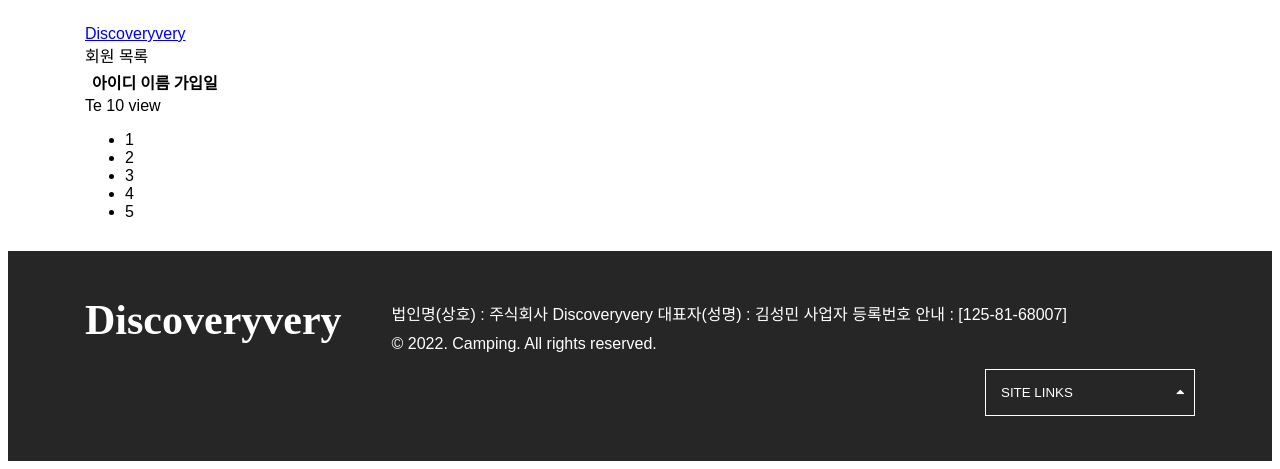
Repository: star-min/jsp_basic
Page: http://localhost/web05/WEB-INF/views/board/boardList.jsp
An editor plug-in stored every save of this project. The page is shown before and after the next save, followed by the edit.
The browser window is 1280 px wide. The pictures show the part of the page from y = 558 to 1082 px (the page is 1027 px tall before and 1082 px after).
Some web fonts or font styles are not loaded; a fallback is used. Some web libraries are served in a nearby version. The page is served by Tomcat 9. Nobody is signed in. Other server files are loaded and not shown. The template is opened directly, without the code that normally fills it, so the values that code supplies are empty.

Above is the page before, as saved 2022-06-30 05:22:25.

### jsp3/web05/src/main/webapp/WEB-INF/views/board/boardList.jsp
<%@ page language="java" contentType="text/html; charset=UTF-8"
    pageEncoding="UTF-8"%>
<%@ taglib uri="http://java.sun.com/jsp/jstl/core" prefix="c" %>
<%@ taglib uri="http://java.sun.com/jsp/jstl/fmt" prefix="fmt" %>
<c:set var="path1" value="${pageContext.request.contextPath }" />
<!DOCTYPE html>
<html>
<head>
<meta charset="UTF-8">
<meta http-equiv="X-UA-Compatible" content="IE=edge">
<meta name="viewport" content="width=device-width, initial-scale=1.0">
<title>글 목록</title>
<style>
	<%@ include file="../inc/common.css" %>
</style>
</head>
<body>
<div nid="root" class="root">
<header id="header" class="header" >
	<%@ include file="../inc/header.jsp" %>
</header>
<div nid="board1" class="board1">
    <link href="https://cdnjs.cloudflare.com/ajax/libs/font-awesome/4.7.0/css/font-awesome.css" rel="stylesheet">
    <div class="header">
        <div class="wrapper">
            <a class="title" href="${path1 }">Discoveryvery</a>
            <div class="desc">회원 목록 </div>
        </div>
    </div>
    <div class="article">
        <div class="wrapper">
            <table>
                <thead>
                    <tr>
                        <th class="번호"></th>
                        <th>아이디</th>
                        <th>이름</th>
                        <th class="date">가입일</th>
                    </tr>
                </thead>
                <tbody>
                <c:forEach items="${memberList }" var="member" varStatus="status">
                    <tr>
                        <td class="num">${status.count }</td>
                        <td class="title">
                            <a href="${path1 }/member/getMember.do?id=${member.id }">${member.id }</a>
                        </td>
                        <td>${member.uname}</td>
                        <td class="date">${member.regdate}</td>
                    </tr>
                </c:forEach>
                <c:if test="${sid=='admin' }">
			<tr>
				<td colspan="4">
					<a href="${path1 }/board/write_form.do" class="btn btn-writer" style="width:70px">글 등록</a>
				</td>
			</tr>
		</c:if>
                </tbody>
            </table>
            <div class="search">
                <div class="count">Te 10 view</div>
                <div class="bundle clearfix">
                </div>
            </div>
            <div class="pages">
                <ul>
                    <li class="active">
                        <a>1</a>
                    </li>
                    <li>
                        <a>2</a>
                    </li>
                    <li>
                        <a>3</a>
                    </li>
                    <li>
                        <a>4</a>
                    </li>
                    <li>
                        <a>5</a>
                    </li>
                </ul>
            </div>
        </div>
    </div>
    <script src="https://cdnjs.cloudflare.com/ajax/libs/jquery/2.1.3/jquery.min.js"></script>
</div>
<footer id="footer" class="footer">
	<%@ include file="../inc/footer.jsp" %>
</footer>
</div>
</body>
</html>

### jsp3/web05/src/main/webapp/WEB-INF/views/inc/header.jsp
<%@ page language="java" contentType="text/html; charset=UTF-8"
    pageEncoding="UTF-8"%>
<%@ taglib prefix="c" uri="http://java.sun.com/jsp/jstl/core" %>
<%@ taglib prefix="fmt" uri="http://java.sun.com/jsp/jstl/fmt" %>
<c:set var="path1" value="${pageContext.request.contextPath }" />
<!DOCTYPE html>
<html>
<head>
<style >
</style>
<meta charset="UTF-8">
<title>header</title>

</head>
<body>
<div nid="top1" class="top1">
        <link href="https://cdnjs.cloudflare.com/ajax/libs/font-awesome/4.7.0/css/font-awesome.css" rel="stylesheet">
        <div class="menus">
            <a class="item left" href="https://ko-kr.facebook.com/">
                <i class="fa fa-facebook"></i>
            </a>
            <a class="item left" href="https://twitter.com/?lang=ko">
                <i class="fa fa-twitter"></i>
            </a>
            <a class="item left" href="https://www.instagram.com/">
                <i class="fa fa-instagram"></i>
            </a>
            <c:if test="${ empty sid}">
            <a class="item right" href="${path1 }/member/loginForm.do">로그인</a>
            <a class="item right" href="${path1 }/member/joinForm.do">회원가입</a>
            </c:if>
            <c:if test="${ !empty sid}">
            <a class="item right" href="${path1 }/member/read.do">마이페이지</a>
            <a class="item right" href="${path1 }/basket/list.do">장바구니</a>
            <a class="item right" href="${path1 }/payment/list.do">주문목록</a>
            <a class="item right" href="${path1 }/member/logout.do">로그아웃</a>
            </c:if>
            <c:if test="${ sid=='admin'}">
            <a class="item right" href="${path1 }/member/list.do">회원목록</a>
            <a class="item right" href="${path1 }/board/list.do">게시판목록</a>
            <a class="item right" href="${path1 }/goods/list.do">상품목록</a>
            <a class="item right" href="${path1 }/payment/adminList.do">주문목록</a>
            </c:if>
        </div>
    </div>
    <header nid="header1" class="header1">
        <link href="https://fonts.googleapis.com/css2?family=Parisienne&amp;display=swap" rel="stylesheet">
        <div class="background" style="background-image:url(${path1}/images/main.jpg)"></div>
        <div class="text">
            <div class="inner">
                <div>let's go, find me!</div>
                <a>Introduce</a>
            </div>
        </div>
        <div nid="header1-top" class="header1-top">
            <div class="brand">
                <a href="${path1 }">Discoveryvery</a>
            </div>
            <nav>
                <ul>
                    <li>
                        <a href="${path1 }/goods/list.do">텐트</a>
                        <ul>
                            <li><a href="${path1 }/goods/listLiving.do">리빙쉘텐트</a></li>
                            <li><a href="${path1 }/goods/listDom.do">돔텐트</a></li>
                            <li><a href="${path1 }/goods/listAlpha.do">알파인텐트</a></li>
                            <li><a href="${path1 }/goods/listShadow.do">그늘막텐트</a></li>
                            <li><a href="${path1 }/goods/listCar.do">차박텐트</a></li>
                        </ul>
                    </li>
                    <li>
                        <a>테이블</a>
                        <ul>
                            <li><a>조립식테이블</a></li>
                            <li><a>접이식테이블</a></li>
                            <li><a>높낮이조절테이블</a></li>
                        </ul>
                    </li>
                    <li>
                        <a>체어</a>
                        <ul>
                            <li><a>접이식체어</a></li>
                            <li><a>조립식체어</a></li>
                            <li><a>경량체어</a></li>
                            <li><a>릴렉스체어</a></li>
                        </ul>
                    </li>
                    <li>
                        <a>침낭/매트</a>
                        <ul>
                            <li><a>침낭</a></li>
                            <li><a>매트리스</a></li>
                            <li><a>야전침대</a></li>
                            <li><a>해먹</a></li>
                        </ul>
                    </li>
                    <li>
                        <a>캠핑소품</a>
                        <ul>
                            <li><a>화로/버너</a></li>
                            <li><a>랜턴</a></li>
                            <li><a>수납박스</a></li>
                            <li><a>코펠</a></li>
                        </ul>
                    </li>
                    <li>
                        <a>서비스</a>
                        <ul>
                            <li><a href="${path1 }/board/list.do">공지사항</a></li>
                            <li><a href="${path1 }/review/list.do">상품후기</a></li>
                            <li><a>매장안내</a></li>
                            <li><a href="${path1 }/qna/list.do">QNA</a></li>
                        </ul>
                    </li>
                </ul>
            </nav>
            <div class="toggle">
                <div></div>
                <div></div>
                <div></div>
            </div>
            <script src="https://cdnjs.cloudflare.com/ajax/libs/jquery/2.1.3/jquery.min.js"></script>
        </div>
    </header>
    <script>
    $(".header1 .toggle").on("click", function () {
        $(this).closest(".header1-top").toggleClass("opened");
    });

    $(".header1 nav > ul > li > a").on("click", function () {
        $(this).closest("li").toggleClass("on");
    });
    </script>
</body>
</html>

### jsp3/web05/src/main/webapp/WEB-INF/views/inc/footer.jsp
<%@ page language="java" contentType="text/html; charset=UTF-8"
    pageEncoding="UTF-8"%>
    <%@ taglib prefix="c" uri="http://java.sun.com/jsp/jstl/core" %>
 <%@ taglib prefix="fmt" uri="http://java.sun.com/jsp/jstl/fmt" %>
<c:set var="path1" value="${pageContext.request.contextPath }" />
<!DOCTYPE html>
<html>
<head>
<meta charset="UTF-8">
<title>footer</title>
<style >
<%@ include file="footer.css" %>
</style >
</head>
<body>
<div nid="footer1" class="footer1">
        <link href="https://fonts.googleapis.com/css2?family=Parisienne&amp;display=swap" rel="stylesheet">
        <link href="https://cdnjs.cloudflare.com/ajax/libs/font-awesome/4.7.0/css/font-awesome.css" rel="stylesheet">
        <div class="wrapper clearfix">
            <a class="brand">Discoveryvery</a>
            <div class="copyright">
                <div>법인명(상호) : 주식회사 Discoveryvery 대표자(성명) : 김성민 사업자 등록번호 안내 : [125-81-68007]</div>
                <div>© 2022. Camping. All rights reserved.</div>
            </div>
            <div class="links">
                <button>
                    <span>SITE LINKS</span>
                    <i class="fa fa-caret-up"></i>
                </button>
                <ul>
                    <li>
                        <a href="${path1 }/review/list.do" target="_blank">
                            <span>상품후기</span>
                        </a>
                    </li>
                    <li>
                        <a href="${path1 }/board/list.do" target="_blank">
                            <span>공지사항</span>
                        </a>
                    </li>
                    <li>
                        <a target="_blank">
                            <span>매장안내</span>
                        </a>
                    </li>
                    <li>
                        <a href="${path1 }/qna/list.do" target="_blank">
                            <span>QNA</span>
                        </a>
                    </li>
                </ul>
            </div>
        </div>
    </div>
</body>
</html>

### jsp3/web05/src/main/webapp/WEB-INF/views/inc/footer.css

/* @footer1 start */
.footer1 {
    margin-top: 30px;
    padding-top: 45px;
    padding-bottom: 45px;
    color: #fff;
    background: #262626;
}

.footer1 .brand {
    float: left;
    color: inherit;
    cursor: pointer;
    font-family: "Parisienne", cursive;
    font-size: 42px;
    font-weight: bold;
    text-decoration: none;
    padding-right: 50px;
}

.footer1 .copyright {
    padding-top: 5px;
    float: left;
}

.footer1 .copyright>div {
    margin-bottom: 10px;
}

.footer1 .links {
    margin-top: 6px;
    float: right;
    font-size: 14px;
    position: relative;
}

.footer1 .links button {
    border: 1px solid #fff;
    background: none;
    color: #fff;
    padding: 15px 35px 15px 15px;
    cursor: pointer;
    position: relative;
    width: 210px;
    text-align: left;
}

.footer1 .links button i {
    position: absolute;
    right: 10px;
    top: 50%;
    margin-top: -8px;
}

.footer1 .links ul {
    display: none;
    position: absolute;
    left: 0;
    bottom: 100%;
    width: 100%;
    margin: 0;
    padding: 0;
    background: #fff;
    border: 1px solid #ddd;
    border-bottom: 0;
    list-style: none;
    z-index: 1;
}

.footer1 .links:hover ul {
    display: block;
}

.footer1 .links ul>li {
    border-top: 1px solid #ddd;
}

.footer1 .links ul>li:first-child {
    border-top: 0;
}

.footer1 .links ul>li>a {
    background: #262626;
    color: #fff;
    white-space: nowrap;
    overflow: hidden;
    cursor: pointer;
    padding: 15px;
    text-overflow: ellipsis;
    width: 100%;
    display: block;
}

.footer1 .links ul>li>a:hover {
    background: #3a3a3a;
}

@media(max-width:767px) {
    .footer1 {
        text-align: center;
    }

    .footer1 .brand {
        float: none;
        margin-bottom: 15px;
        padding-right: 0;
    }

    .footer1 .copyright {
        float: none;
        margin: 15px 0 25px 0;
    }

    .footer1 .links {
        float: none;
    }

    .footer1 .links button {
        width: 100%;
    }
}
/* @footer1 end */

### jsp3/web05/src/main/webapp/WEB-INF/views/member/memberList.css
@charset "UTF-8";
/* @board1 start */
.board1 {
    margin-bottom: 30px;
}

.board1 .header {
    margin-bottom: 30px;
    text-align: center;
}

.board1 .header .title {
    font-size: 25px;
    cursor: pointer;
    text-decoration: none;
    font-weight: bold;
    color: #1259a7;
    text-align: center;
}

.board1 .header .desc {
    margin-top: 10px;
}

.board1 .article table {
    width: 100%;
    max-width: 100%;
    border-collapse: collapse;
    border: 1px solid #ddd;
}

.board1 .article table th,
.board1 .article table td {
    background: #fff;
    border: 1px solid #ddd;
    padding: 10px;
    text-align: center;
    font-size: 14px;
    overflow: hidden;
}

.board1 .article table th {
    background: #f7f7f7;
}

.board1 .article table td.title {
    text-align: left;
}

.board1 .article table td a {
    cursor: pointer;
}

.board1 .article table td.title span {
    display: inline-block;
    padding: 3px 5px;
    color: #fff;
    font-size: 10px;
    margin-left: 3px;
}

.board1 .article table td.title span.new {
    background: #f71d1d;
}

.board1 .article table td.title span.update {
    background: #1259a7;
}

.board1 .article table td a:hover {
    text-decoration: underline;
}

.board1 .article .search {
    margin-top: 20px;
    font-size: 14px;
    text-align: right;
}

.board1 .article .search .count {
    float: left;
    border: 1px solid #ddd;
    padding: 12px;
}

.board1 .article .search .bundle {
    width: 370px;
    margin-left: auto;
}

.board1 .article .search .bundle select {
    height: 42px;
    border: 1px solid #ddd;
    vertical-align: middle;
    border-radius: 0;
    padding: 0 5px;
    float: left;
    width: 35%;
}

.board1 .article .search .bundle input {
    vertical-align: middle;
    border: 1px solid #ddd;
    border-left: 0;
    border-radius: 0;
    height: 42px;
    padding: 0 10px;
    float: left;
    width: 53.5%;
}

.board1 .article .search button {
    border: 1px solid #1259a7;
    background: #1259a7;
    vertical-align: middle;
    color: #fff;
    height: 42px;
    cursor: pointer;
    padding: 0 13px;
    float: left;
    width: 11.5%;
}

.board1 .article .pages {
    margin-top: 20px;
    text-align: center;
}

.board1 .article .pages ul {
    list-style: none;
    padding: 0;
    margin: 0;
}

.board1 .article .pages ul>li {
    display: inline-block;
}

.board1 .article .pages ul>li>a {
    cursor: pointer;
    display: inline-block;
    padding: 8px 13px;
    font-size: 14px;
    border: 1px solid #ddd;
}

.board1 .article .pages ul>li>a:hover {
    background: #eee;
}

.board1 .article .pages ul>li.active>a {
    background: #1259a7;
    border-color: #1259a7;
    color: #fff
}

@media(max-width:767px) {

    .board1 .article table .check,
    .board1 .article table .num,
    .board1 .article table .date,
    .board1 .article table .views {
        display: none;
    }

    .board1 .article .search .count {
        display: none;
    }

    .board1 .article .search .bundle {
        width: 100%;
    }
}
/* @board1 end */

Loaded but not shown: jsp3/web05/src/main/webapp/WEB-INF/views/inc/common.css (882 lines, source omitted)

After the next save:
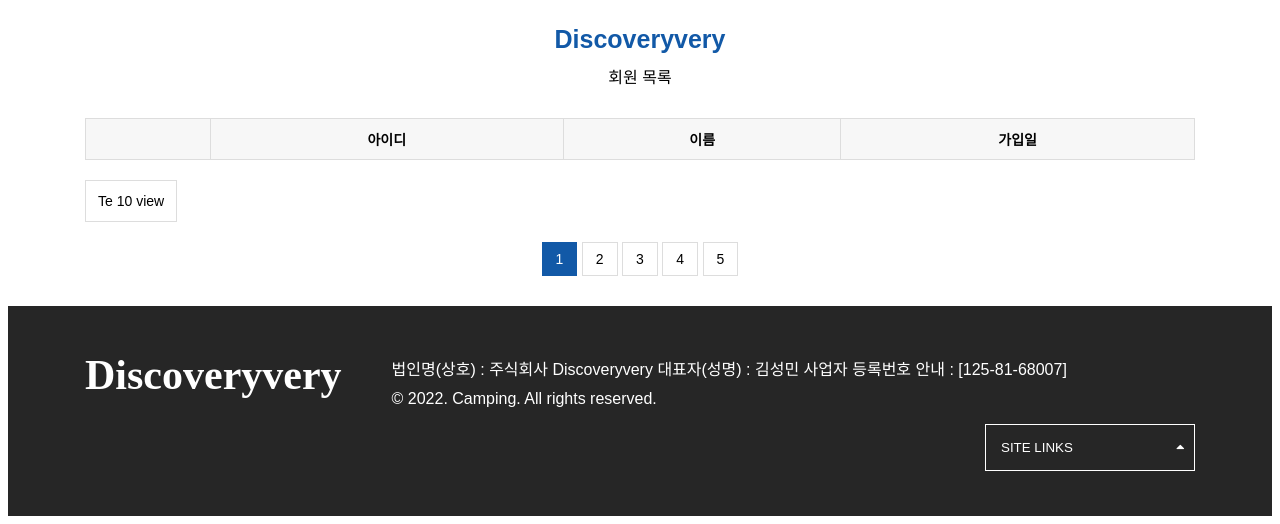
Saved 66 s later.
--- a/jsp3/web05/src/main/webapp/WEB-INF/views/board/boardList.jsp
+++ b/jsp3/web05/src/main/webapp/WEB-INF/views/board/boardList.jsp
@@ -12,6 +12,7 @@
 <title>글 목록</title>
 <style>
 	<%@ include file="../inc/common.css" %>
+	<%@ include file="../member/memberList.css" %>
 </style>
 </head>
 <body>
